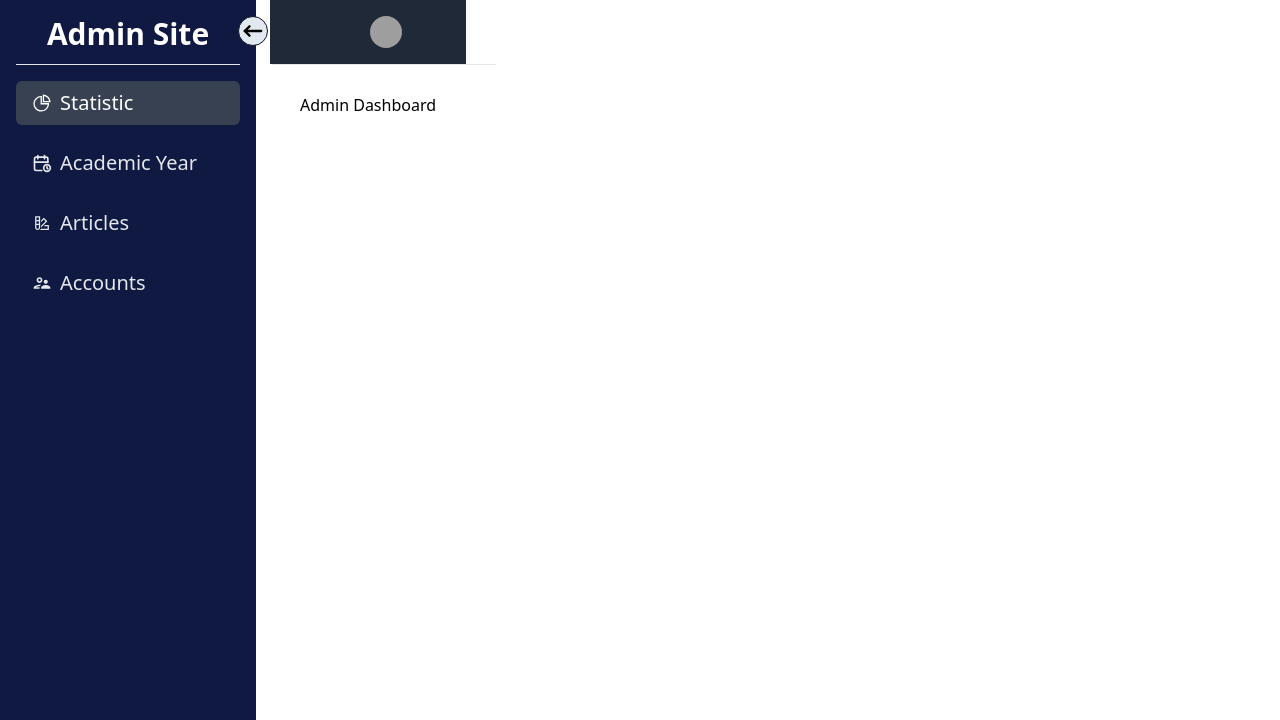
Repository: huynhvanngoan/COMP1640FE-Template
Page: /admin
These files come from the project's save history. The page is drawn as it stood at one moment and after the next save; the edit follows.
The browser window is 1280 px wide. The pictures show the whole page.
Pictures or frames that could not be fetched are drawn as grey boxes. The project was rebuilt for these pictures with package versions that can differ from the ones it lists, and the page was loaded fresh each time. Also part of the build but not shown: src/components/buttonStyles.js, src/pages/LoginPage.jsx, src/pages/student/StudentDashboard.jsx, src/pages/department/DepartmentDashboard.jsx, src/pages/marketing/MarketingDashboard.jsx, src/pages/guest/GuestDashboard.jsx.

Above is the page before, as saved 2024-03-24 07:40:10.

After the next save:
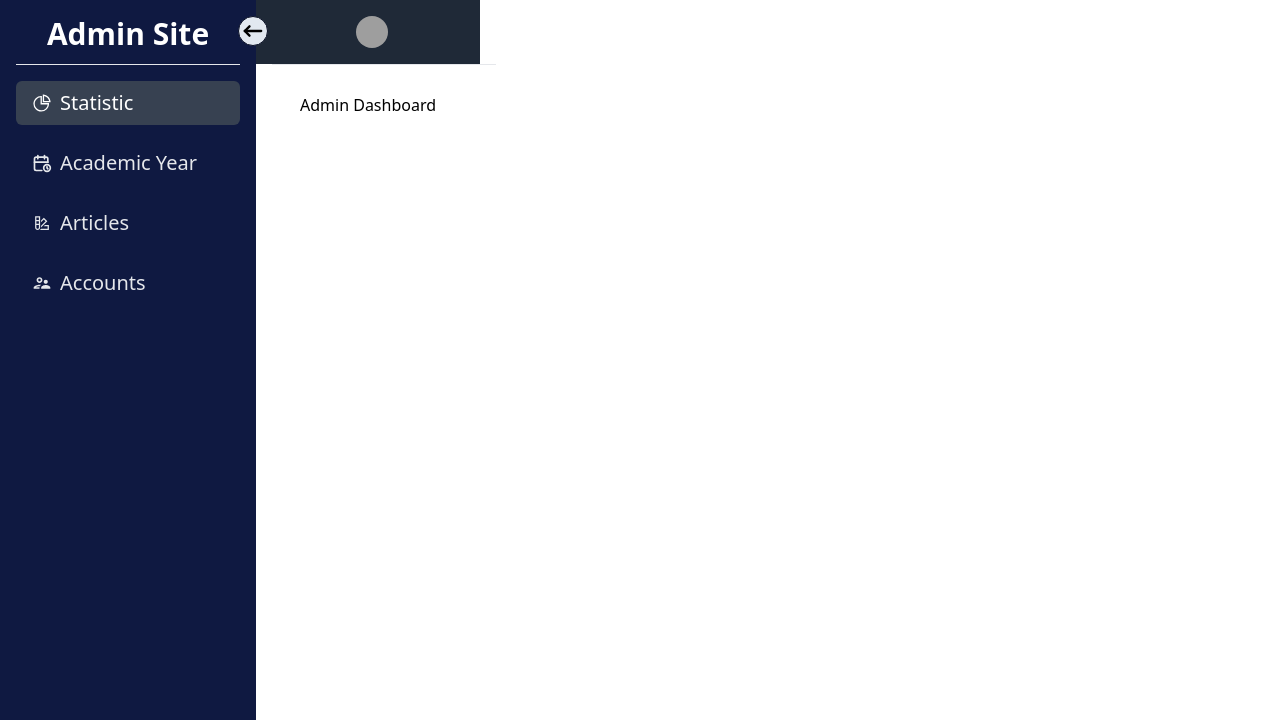
Saved 4 s later.
--- a/src/pages/admin/Header.js
+++ b/src/pages/admin/Header.js
@@ -9,7 +9,7 @@
 
 export default function Header() {
   return (
-    <Disclosure as="nav" className="bg-gray-800 right-0 mx-auto fu max-w-screen-xl px-2 sm:px-6 lg:px-8">
+    <Disclosure as="nav" className="bg-gray-800 right-0 mx-auto w-full max-w-screen-xl px-2 sm:px-6 lg:px-8">
       {({ open }) => (
         <>
           <div className="mx-auto max-w-full px-2 sm:px-6 lg:px-8">

After the save that followed:
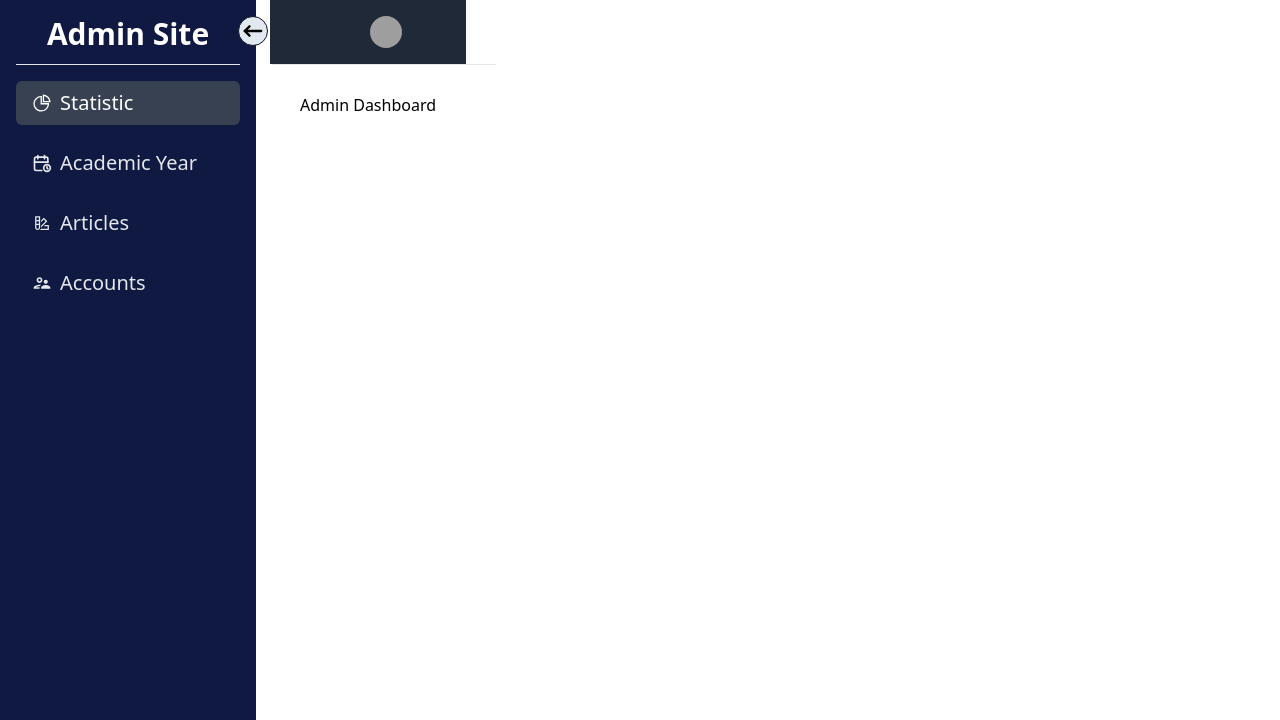
Saved 9 s later.
--- a/src/pages/admin/Header.js
+++ b/src/pages/admin/Header.js
@@ -9,7 +9,7 @@
 
 export default function Header() {
   return (
-    <Disclosure as="nav" className="bg-gray-800 right-0 mx-auto w-full max-w-screen-xl px-2 sm:px-6 lg:px-8">
+    <Disclosure as="nav" className="bg-gray-800 right-0 mx-auto max-w-screen-xl px-2 sm:px-6 lg:px-8">
       {({ open }) => (
         <>
           <div className="mx-auto max-w-full px-2 sm:px-6 lg:px-8">
